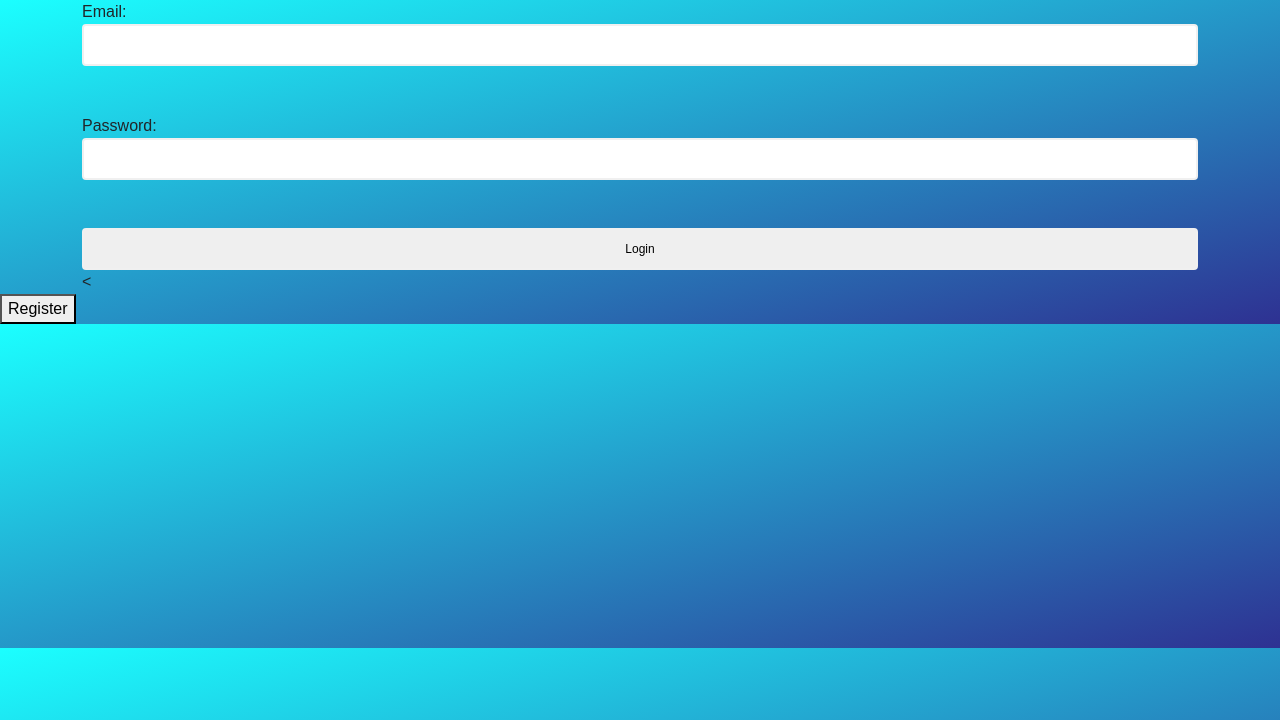
Repository: MD-1107/ISS_Assignment
Page: http://localhost/DemoRegisterLogin/login.jsp
The author's editor kept a copy of each file at every save. The page is drawn from the files as they stood at one save, then again after the next save.
The browser window is 1280 px wide. The pictures show the whole page.
The page is served by Tomcat 9.

Above is the page before, as saved 2024-01-03 11:54:33.
Console error: TypeError: Cannot read properties of undefined (reading 'name')

After the next save:
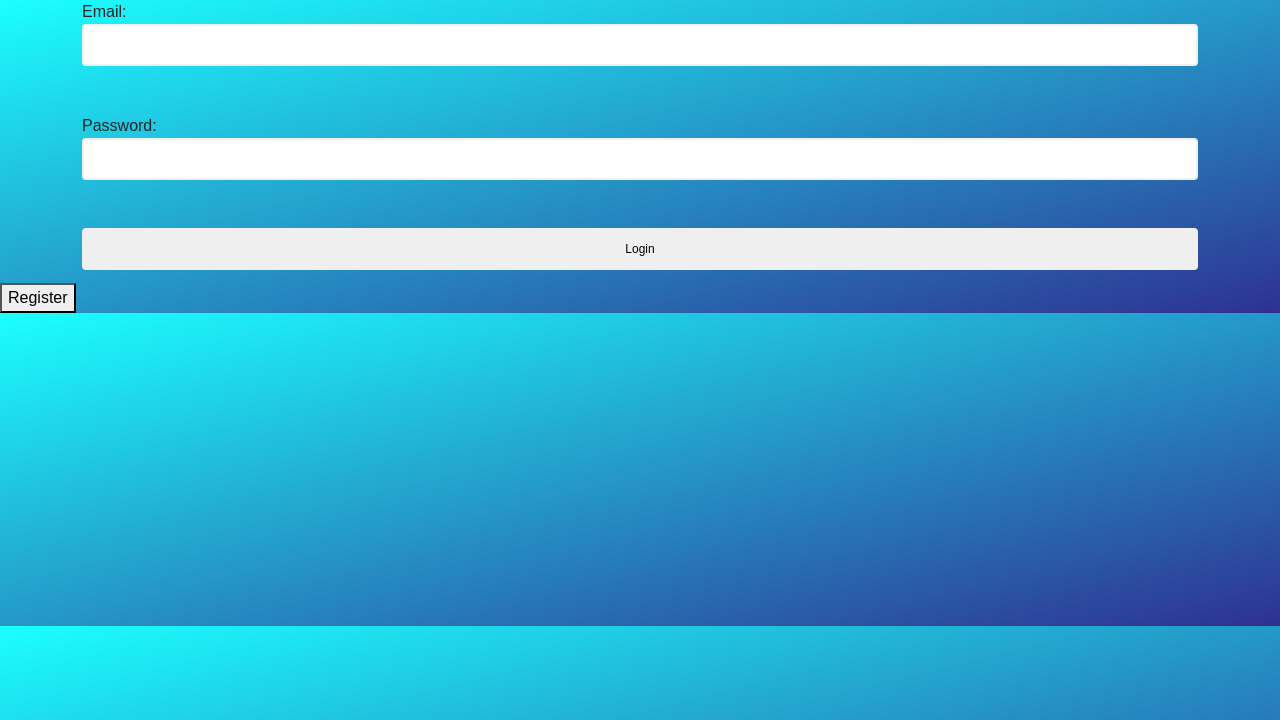
Saved 27 s later.
--- a/INTEGRATING CLIENT SIDE PROGRAMMING/DemoRegisterLogin/src/main/webapp/login.jsp
+++ b/INTEGRATING CLIENT SIDE PROGRAMMING/DemoRegisterLogin/src/main/webapp/login.jsp
@@ -17,9 +17,10 @@
     Email: <input type="text" id="email" name="email"/> <br/> <br/>
     Password: <input type="password" id="password" name="password"/> <br/> <br/>
     <input type="submit" value="Login" />
+    <div class="error"></div></div>
     </div>
 </form>
-<div class="error"><</div></div>
+
 
 <div class="input-control">
        <form action="Register" method="get">
